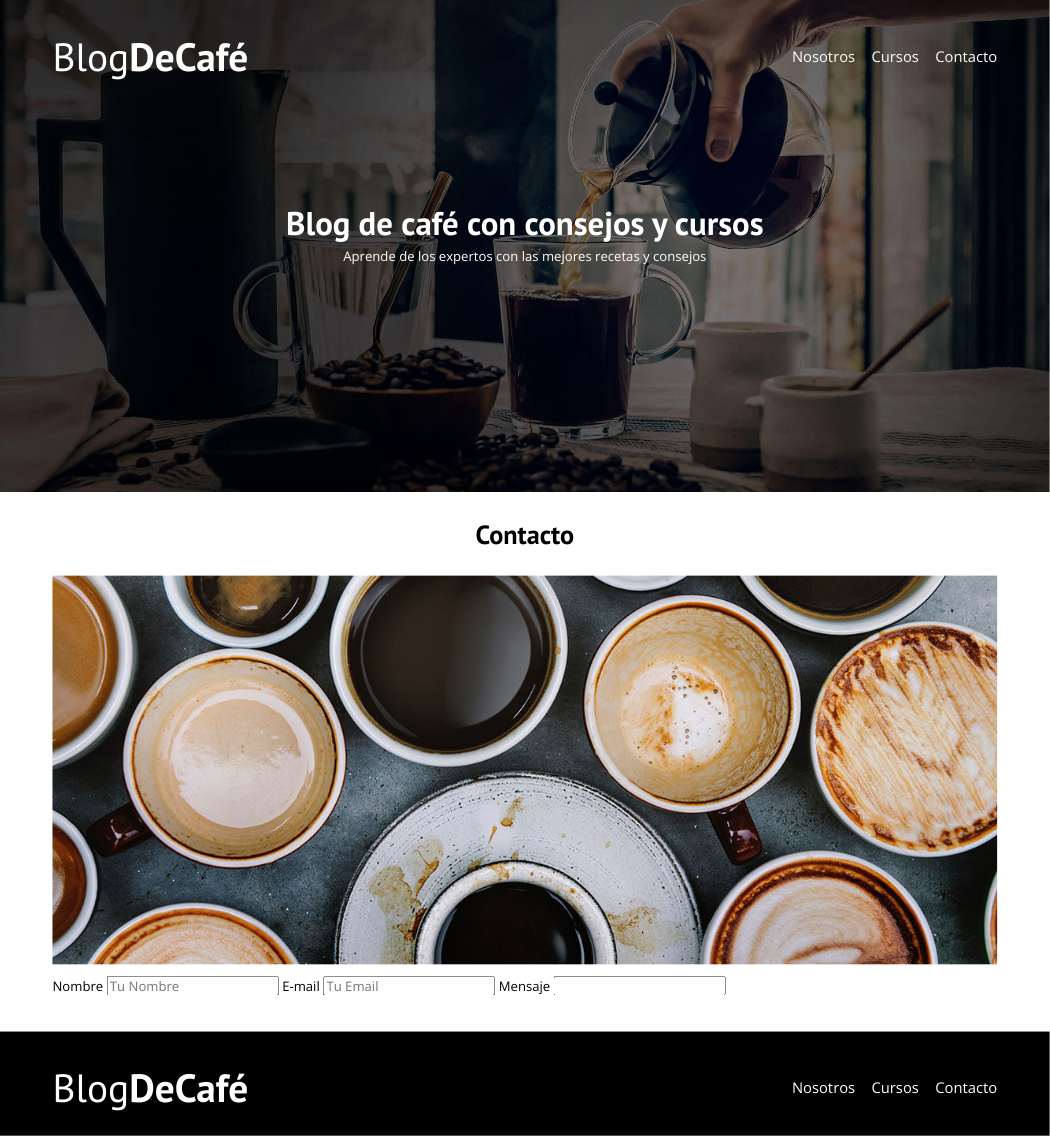
Repository: araque1990/blog_de_cafe
Page: contacto.html
An editor plug-in stored every save of this project. The page is shown before and after the next save, followed by the edit.
The browser window is 1280 px wide. The pictures show the whole page, at 82% of full size.

Above is the page before, as saved 2023-01-12 19:05:35.

After the next save:
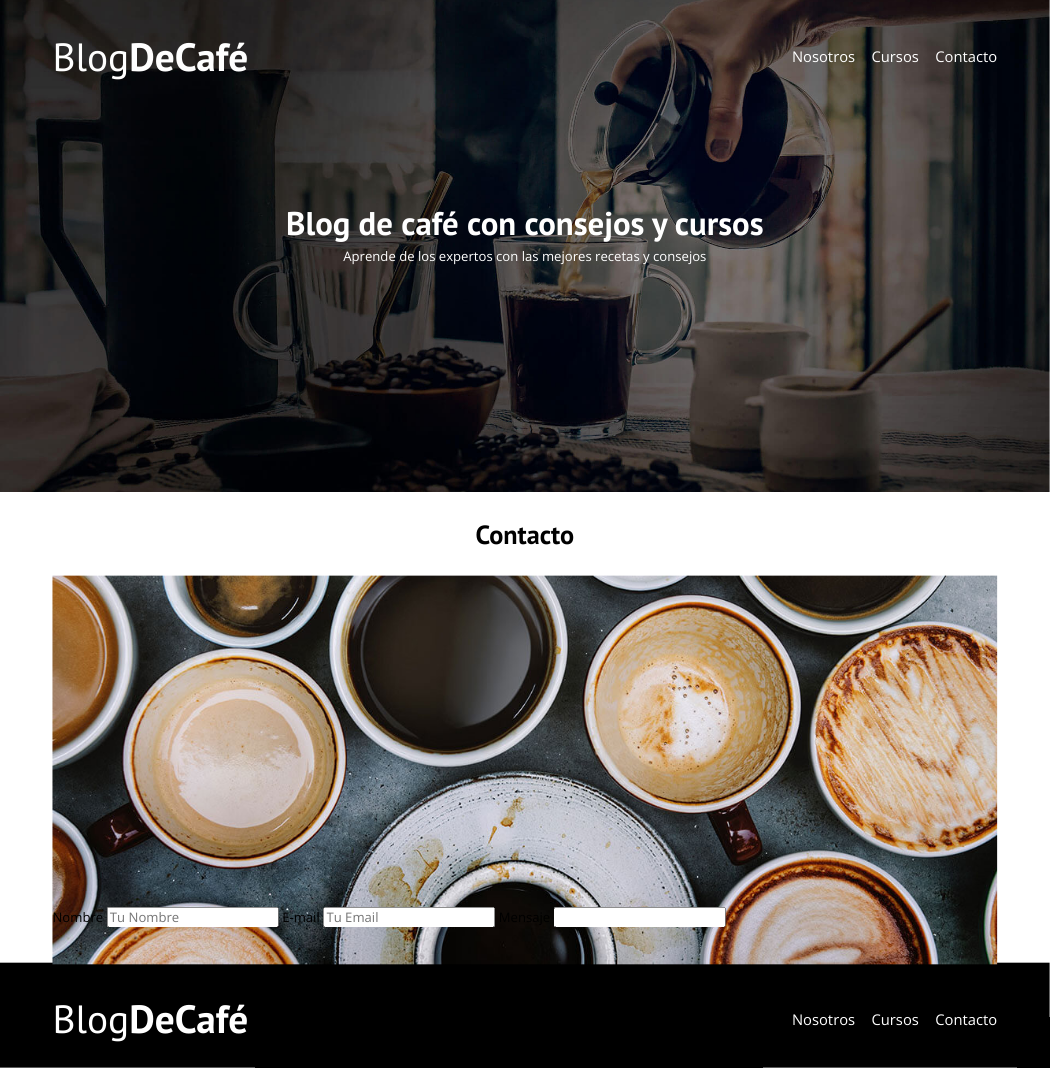
Saved 5 s later.
--- a/contacto.html
+++ b/contacto.html
@@ -34,7 +34,9 @@
   <main class="contenedor">
     <h3 class="centrar-texto">Contacto</h3>
 
-    <img src="img/contacto.jpg" alt="imagen contacto">
+    <div class="contacto-bg">
+      <img src="img/contacto.jpg" alt="imagen contacto">
+    </div>
 
     <div class="">
       <form action="POST">
